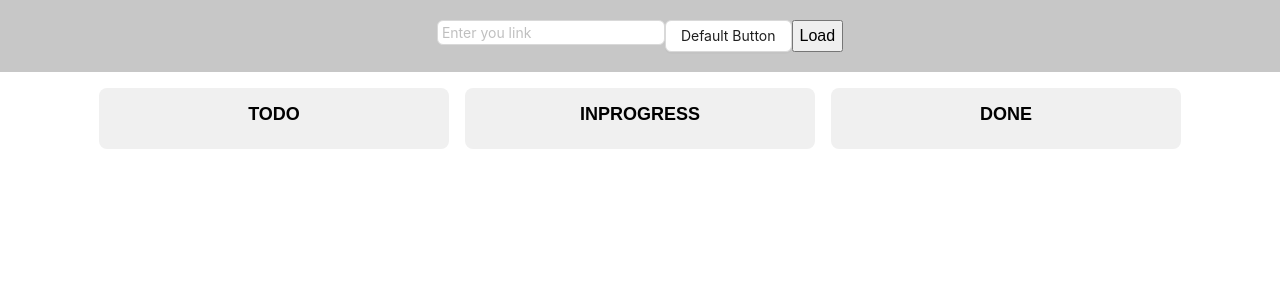
Repository: dVaselevsliy/kanban-test
Page: /
An editor plug-in stored every save of this project. The page is shown before and after the next save, followed by the edit.
The browser window is 1280 px wide. The pictures show the whole page.
The project was rebuilt for these pictures with package versions that can differ from the ones it lists, and the page was loaded fresh each time. Also part of the build but not shown: vite.config.ts, src/helpers/timeAgo.js, src/components/Issue.tsx.

Above is the page before, as saved 2025-03-03 01:48:28.

### src/main.tsx
import { StrictMode } from 'react'
import { createRoot } from 'react-dom/client'
import App from './App.tsx'
import 'antd/dist/reset.css';
import './styles/styles.scss'
import { Provider } from 'react-redux'
import { store } from './redux/store.ts'

createRoot(document.getElementById('root')!).render(
  <StrictMode>
    <Provider store={store}>
      <App />
    </Provider>
  </StrictMode>,
)

### src/App.tsx
import React, { useEffect, useState } from "react"
import KanbanBoard from "./components/KanbanBoard"
import { useAppDispatch, useAppSelector } from "./redux/hooks"
import { setIssues, setLink, setQuery} from "./array/dataArray"
import { getGitHubLink } from "./api"
import { Button, Input } from 'antd';


function App() {
  const [error, setError] = useState('')
  const [loading, setLoading] = useState(false)

  const dispatch = useAppDispatch()
  const { query, link, issues } = useAppSelector(state => state.data)

  const submit = (query: string) => {
    dispatch(setLink(query))
  }

  const handleSubmit = (event: React.FormEvent) => {
    event.preventDefault();

    if (query.length === 0) {
      return
    }

    submit(query)

    reset()
  }

  const reset = () => {
    dispatch(setQuery(''))
    setError('')
  }

  useEffect(() => {
    if (!link) return

    setLoading(true)
    setError('')
  /*  check local storage for repo link if it has tasks already
      if has - take tasks from local storage
      if no - make a request
    */
    getGitHubLink(link)
      .then(issues => {
        dispatch(setIssues(issues))
      })
      .catch(() => setError('Failed to loud issues'))
      .finally(() => setLoading(false))
  }, [dispatch, link])

  return (
    <>
      <div>
        <form onSubmit={handleSubmit} className="form">
          <label htmlFor="query"></label>
          <Input
            value={query}
            onChange={(event) => {
              dispatch(setQuery(event.target.value))
            }}
            className="input"
            placeholder="Enter you link"
            id="query"
            type="text" />

          <Button>Default Button</Button>
          <button
            type="submit"
          >
            Load
          </button>
          {error && error}
        </form>
        <KanbanBoard issues={issues} repoUrl={link} />
      </div>
    </>
  )
}

export default App

### src/styles/styles.scss
* {
  box-sizing: border-box;
}

body {
  margin: 0;
  padding: 0;
}

.form {
  display: flex;
  justify-content: center;
  padding-block: 20px;
  background-color: #c7c7c7;
}

.input {
  height: 25px;
  width: 100%;
  max-width: fit-content;
  padding: 4px;
}

.colums > div {
  flex: 1;
  display: flex;
  flex-direction: column;
}

.colums {
  display: flex;
  justify-content: center;
  align-items: stretch;
  gap: 20px;
  width: 100%;

  &__name {
    text-align: center;
  }

  &__container {
    background-color: #d1d2d7;
    margin: 20px;
    border: 1px solid;
    flex-grow: 1;
    display: flex;
    flex-direction: column;
    align-items: center;
  }
}

.issue {
  border: 1px solid black;
  display: flex;
  flex-direction: column;
  width: 100%;
  margin: auto;
  padding: 15px;
  margin: 20px 0;
  border-radius: 16px;
  background-color: white;
  cursor: grab;

  &__title {
    text-align: left;
    font-size: 14px;
    font-weight: 400;
    margin: 0;
    margin-block: 5px;
    font-weight: bold;
  }

  &__description {
    text-align: left;
    font-size: 14px;
    font-weight: 400;
    margin: 0;
    margin-block: 5px;
  }

  &__second-section {
    display: flex;
    align-items: baseline;
    gap: 5px;
  }

  &__id {
    margin: 0;
    font-size: 14px;
  }

  &__third-section {
    display: flex;
    gap: 10px;
    width: 100%;
  }

  &__link {
    margin: 0;
  }
}

.kanban-container {
  display: flex;
  justify-content: center;
  gap: 16px;
  padding: 16px;
}

.kanban-column {
  max-width: 350px;
  width: 33.3%;
  padding: 16px;
  background-color: #f0f0f0;
  border-radius: 8px;
}

.kanban-title {
  font-size: 18px;
  font-weight: bold;
  margin-bottom: 8px;
  text-align: center;
}

.kanban-task {
  padding: 8px;
  background-color: white;
  border-radius: 4px;
  box-shadow: 0 2px 4px rgba(0, 0, 0, 0.1);
  margin-bottom: 8px;
  cursor: pointer;
}

.kanban-task:active {
  opacity: 0.7;
}

.kanban-new-task {
  width: 33.3%;
  padding: 16px;
}

.kanban-input {
  width: 100%;
  padding: 8px;
  border: 1px solid #ccc;
  border-radius: 4px;
}

.kanban-button {
  width: 100%;
  margin-top: 8px;
  padding: 8px;
  background-color: #007bff;
  color: white;
  border: none;
  border-radius: 4px;
  cursor: pointer;
}

.kanban-button:hover {
  background-color: #0056b3;
}

### src/redux/store.ts
import { configureStore } from "@reduxjs/toolkit";
import dataReducer from "../../src/array/dataArray";

export const store = configureStore({
  reducer: {
    data: dataReducer,
  },
});

export type AppDispatch = typeof store.dispatch;
export type RootState = ReturnType<typeof store.getState>;

### src/components/KanbanBoard.tsx
import { useEffect, useState } from "react";
import Task from "./Issue";
import { IssueType } from "../type/IssueType";

const initialTasks = {
  todo: [],
  inProgress: [],
  done: [],
};

interface Props {
  issues: IssueType[],
  repoUrl: string
}

export default function KanbanBoard({ issues, repoUrl }: Props) {
  const [tasks, setTasks] = useState(initialTasks);
  const [draggedTask, setDraggedTask] = useState(null);
  const [draggedOverTask, setDraggedOverTask] = useState(null);

  useEffect(() => {
    const storedTasks = localStorage.getItem(`kanban-${repoUrl}`)
    if (storedTasks) {
      setTasks(JSON.parse(storedTasks))
    } else {
      const newTasks = {
        todo: issues.filter(issue => issue.state === 'open' && !issue.assignee),
        inProgress: issues.filter(issue => issue.state === 'open' && issue.assignee),
        done: issues.filter(issue => issue.state === 'closed')
      }
      setTasks(newTasks)
    }
  }, [issues, repoUrl])

  useEffect(() => {
    localStorage.setItem(`kanban-${repoUrl}`, JSON.stringify(tasks))
  }, [tasks, repoUrl])

  const handleDragStart = (task: IssueType, column: string) => {
    setDraggedTask({ task, column });
  };

  const handleDragOver = (task: IssueType) => {
    setDraggedOverTask(task);
  };

  const handleDrop = (column: string) => {
    if (!draggedTask) return;

    const { task, column: fromColumn } = draggedTask;

    if (fromColumn === column) {
      const updatedColumn = [...tasks[column]];
      const fromIndex = updatedColumn.indexOf(task);
      const toIndex = updatedColumn.indexOf(draggedOverTask);

      updatedColumn.splice(fromIndex, 1);
      updatedColumn.splice(toIndex, 0, task);

      setTasks({ ...tasks, [column]: updatedColumn });
      /* local storage */
    } else {
      const updatedFromColumn = tasks[fromColumn].filter((t) => t !== task);
      const updatedToColumn = [...tasks[column]];
      const toIndex = draggedOverTask ? updatedToColumn.indexOf(draggedOverTask) : updatedToColumn.length;

      updatedToColumn.splice(toIndex, 0, task);

      setTasks({
        ...tasks,
        [fromColumn]: updatedFromColumn,
        [column]: updatedToColumn,
      });
      /* local storage - tasks for each repo
        {
          repo1URl: [
          ...
          ],
          repo2URl: [
          ...
          ],
        }
      */
    }

    setDraggedTask(null);
    setDraggedOverTask(null);
  };

  const columns = ["todo", "inProgress", "done"];

  return <div className="kanban-container">
      {columns.map((col) => (
        <div
          key={col}
          className="kanban-column"
          onDragOver={(e) => e.preventDefault()}
          onDrop={() => handleDrop(col)}
        >
          <h2 className="kanban-title">{col.toUpperCase()}</h2>
          {tasks[col].map((task) => (
            <Task
              key={task.id}
              issue={task}
              col={col}
              handleDragStart={handleDragStart}
              handleDragOver={handleDragOver}
            />
          ))}
        </div>
      ))}
    </div>
}

### src/redux/hooks.ts
import { TypedUseSelectorHook, useDispatch, useSelector } from "react-redux";
import { AppDispatch } from "./store";
import { RootState } from "@reduxjs/toolkit/query";

export const useAppDispatch = () => useDispatch<AppDispatch>()
export const useAppSelector: TypedUseSelectorHook<RootState> = useSelector

### src/array/dataArray.ts
import { createSlice, PayloadAction } from "@reduxjs/toolkit"
import { IssueType } from "../type/IssueType"

type DataType = {
  query: string
  link: string
  issues: IssueType[]
}

const initialState: DataType = {
  query: '',
  link: '',
  issues: [],
}

const dataSlice = createSlice({
  name: 'data',
  initialState,
  reducers: {
    setQuery: (state, action: PayloadAction<string>) => {
      state.query = action.payload
    },
    setLink: (state, action: PayloadAction<string>) => {
      state.link = action.payload
    },
    setIssues: (state, action: PayloadAction<IssueType[]>) => {
      state.issues = action.payload
    }
  }
})

export default dataSlice.reducer
export const { setQuery, setLink, setIssues } = dataSlice.actions;

### src/api.ts
export function getGitHubLink(link: string) {
  try {
    const repoPath = new URL(link).pathname.replace(/^\//, "");
    const url = `https://api.github.com/repos/${repoPath}/issues`

    return fetch(url, {
      headers: {
        "Accept": "application/vnd.github.v3+json",
      },
    })
      .then(res => res.json())
      .catch(() => 'Link loading Error')
  } catch {
    return Promise.resolve({error: 'Invalid URL'})
  }
}

Loaded but not shown: index.html (common file)

After the next save:
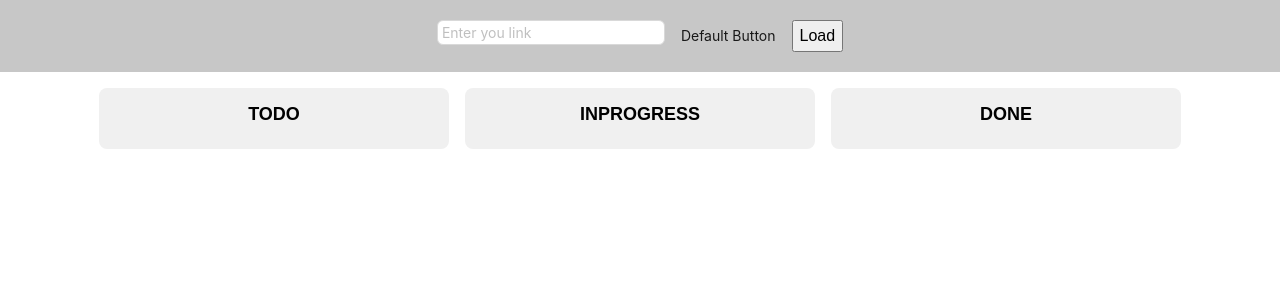
Saved 9 s later.
--- a/src/App.tsx
+++ b/src/App.tsx
@@ -66,9 +66,9 @@
             id="query"
             type="text" />
 
-          <Button>Default Button</Button>
+          <Button type="submit">Default Button</Button>
           <button
-            type="submit"
+
           >
             Load
           </button>

After the save that followed:
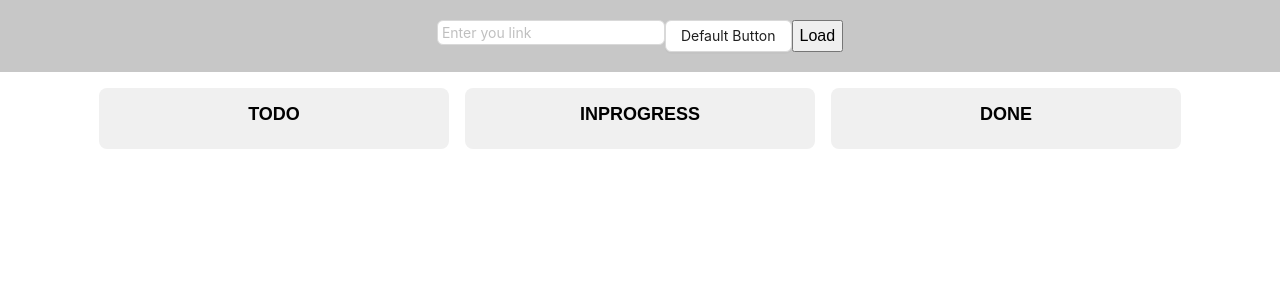
Saved 7 s later.
--- a/src/App.tsx
+++ b/src/App.tsx
@@ -66,7 +66,7 @@
             id="query"
             type="text" />
 
-          <Button type="submit">Default Button</Button>
+          <Button>Default Button</Button>
           <button
 
           >
